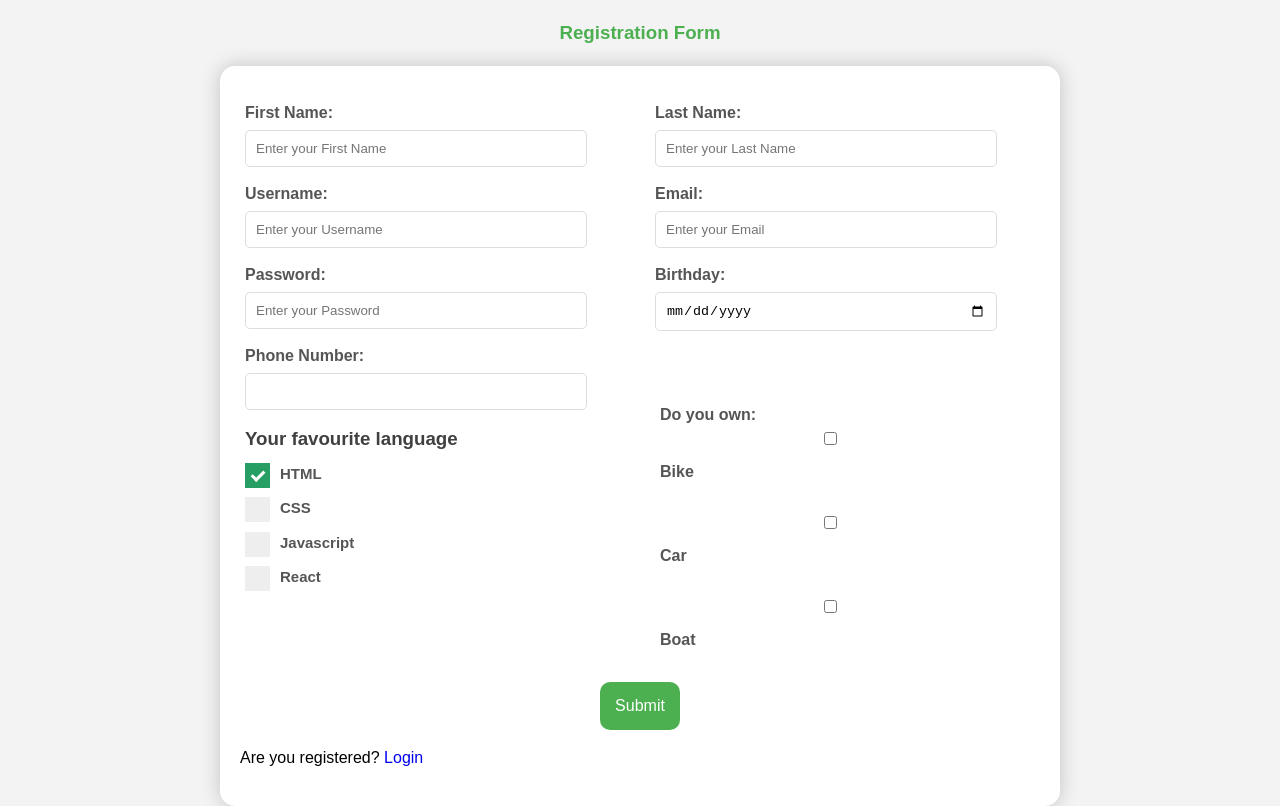
Repository: alizey12/Regestratin-Form-js
Page: regester.html
These files come from the project's save history. The page is drawn as it stood at one moment and after a run of saves; the edit follows.
The browser window is 1280 px wide. The pictures show the whole page.

Above is the page before, as saved 2024-11-29 18:52:12.

### regester.html
<!DOCTYPE html>
<html lang="en">
<head>
    <meta charset="UTF-8">
    <meta name="viewport" content="width=device-width, initial-scale=1.0">
    <link rel="stylesheet" href="regester.css">
    <title>Registration Form</title>
</head>
<body>
    <h3>Registration Form</h3>
    <div class="main">
        <form action="">
            <div class="grid-container">
                <div>
                    <label for="first">First Name:</label>
                    <input type="text" id="first" name="first" placeholder="Enter your First Name" required>

                    <label for="username">Username:</label>
                    <input type="text" id="username" name="username" placeholder="Enter your Username" required>

                    <label for="password">Password:</label>
                    <input type="password" id="password" name="password" placeholder="Enter your Password" required>

                    <label for="quantity">Phone Number:</label>
                    <input type="number" id="quantity" name="quantity" min="1" max="15">

                    <h3 class="heading">Your favourite language</h3>
                    <label class="container">HTML
                        <input type="checkbox" checked="checked">
                        <span class="checkmark"></span>
                      </label>

                      <label class="container">CSS
                        <input type="checkbox">
                        <span class="checkmark"></span>
                      </label>

                      <label class="container">Javascript
                        <input type="checkbox">
                        <span class="checkmark"></span>
                      </label>

                      <label class="container">React
                        <input type="checkbox">
                        <span class="checkmark"></span>
                      </label>


                </div>
                <div>
                    <label for="second">Last Name:</label>
                    <input type="text" id="second" name="second" placeholder="Enter your Last Name" required>

                    <label for="email">Email:</label>
                    <input type="email" id="email" name="email" placeholder="Enter your Email" required>

                    <label for="birthday">Birthday:</label>
                    <input type="date" id="birthday" name="birthday">
                    <div class="gen-rad">
                        <label>Do you own:</label>
                        <input type="checkbox" id="vehicle1" name="vehicle1" value="Bike">
                        <label for="vehicle1">Bike</label><br>
                        <input type="checkbox" id="vehicle2" name="vehicle2" value="Car">
                        <label for="vehicle2">Car</label><br>
                        <input type="checkbox" id="vehicle3" name="vehicle3" value="Boat">
                        <label for="vehicle3">Boat</label>
                    </div>

                </div>
            </div>
            <div class="wrap">
                <button type="submit">Submit</button>
            </div>
        </form>
        <p>Are you registered?
            <a href="signin.html" style="text-decoration: none;">Login</a>
        </p>
    </div>
</body>
</html>

### regester.css
body {
    display: flex;
    align-items: center;
    justify-content: center;
    font-family: sans-serif;
    line-height: 1.5;
    min-height: 100vh;
    background: #f3f3f3;
    flex-direction: column;
    margin: 0;
}

.main {
    background-color: #fff;
    border-radius: 15px;
    box-shadow: 0 0 20px rgba(0, 0, 0, 0.2);
    padding: 20px;
    transition: transform 0.2s;
    width: 800px;
}

h3 {
    color: #4CAF50;
    text-align: center;
}

label {
    display: block;
    margin-top: 10px;
    margin-bottom: 5px;
    text-align: left;
    color: #555;
    font-weight: bold;
}

input {
    display: block;
    width: 90%;
    margin-bottom: 15px;
    padding: 10px;
    box-sizing: border-box;
    border: 1px solid #ddd;
    border-radius: 5px;
}

button {
    padding: 15px;
    border-radius: 10px;
    margin-top: 15px;
    border: none;
    color: white;
    cursor: pointer;
    background-color: #4CAF50;
    font-size: 16px;
}

.wrap {
    display: flex;
    justify-content: center;
    align-items: center;
}

.grid-container {
    display: grid;

    grid-template-columns: 1fr 1fr;
    gap: 20px;
}

.grid-container div {
    padding: 5px;
}


/* Customize the label (the container) */
.container {
    display: block;
    position: relative;
    padding-left: 35px;
    margin-bottom: 12px;
    cursor: pointer;
    font-size: 15px;
    -webkit-user-select: none;
    -moz-user-select: none;
    -ms-user-select: none;
    user-select: none;
  }
  .gen-rad{
    margin-top: 15%;
  }
  /* Hide the browser's default checkbox */
  .container input {
    position: absolute;
    opacity: 0;
    cursor: pointer;
    height: 0;
    width: 0;
  }
  .heading{
    color: rgb(65, 63, 63);
    display: contents;
  padding: 5px;
  }
  /* Create a custom checkbox */
  .checkmark {
    position: absolute;
    top: 0;
    left: 0;
    height: 25px;
    width: 25px;
    background-color: #eee;
  }

  /* On mouse-over, add a grey background color */
  .container:hover input ~ .checkmark {
    background-color: #ccc;
  }

  /* When the checkbox is checked, add a blue background */
  .container input:checked ~ .checkmark {
    background-color: #279e63;
  }

  /* Create the checkmark/indicator (hidden when not checked) */
  .checkmark:after {
    content: "";
    position: absolute;
    display: none;
  }

  /* Show the checkmark when checked */
  .container input:checked ~ .checkmark:after {
    display: block;
  }

  /* Style the checkmark/indicator */
  .container .checkmark:after {
    left: 9px;
    top: 5px;
    width: 5px;
    height: 10px;
    border: solid white;
    border-width: 0 3px 3px 0;
    -webkit-transform: rotate(45deg);
    -ms-transform: rotate(45deg);
    transform: rotate(45deg);
  }

After the next 2 saves:
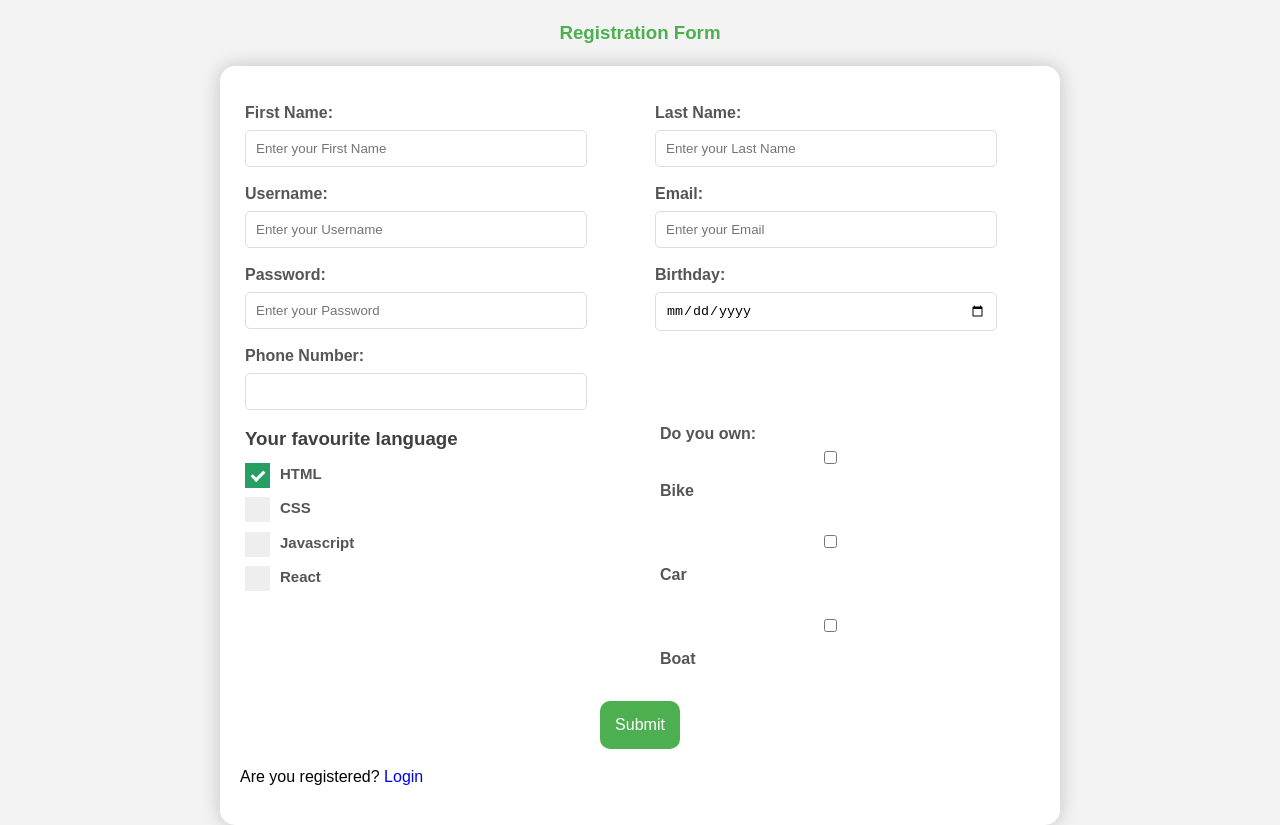
The 2 saves are shown as one change because they came seconds apart.
The last was saved 7 s later.
--- a/regester.css
+++ b/regester.css
@@ -86,7 +86,7 @@ button {
     user-select: none;
   }
   .gen-rad{
-    margin-top: 15%;
+    margin-top: 20%;
   }
   /* Hide the browser's default checkbox */
   .container input {
